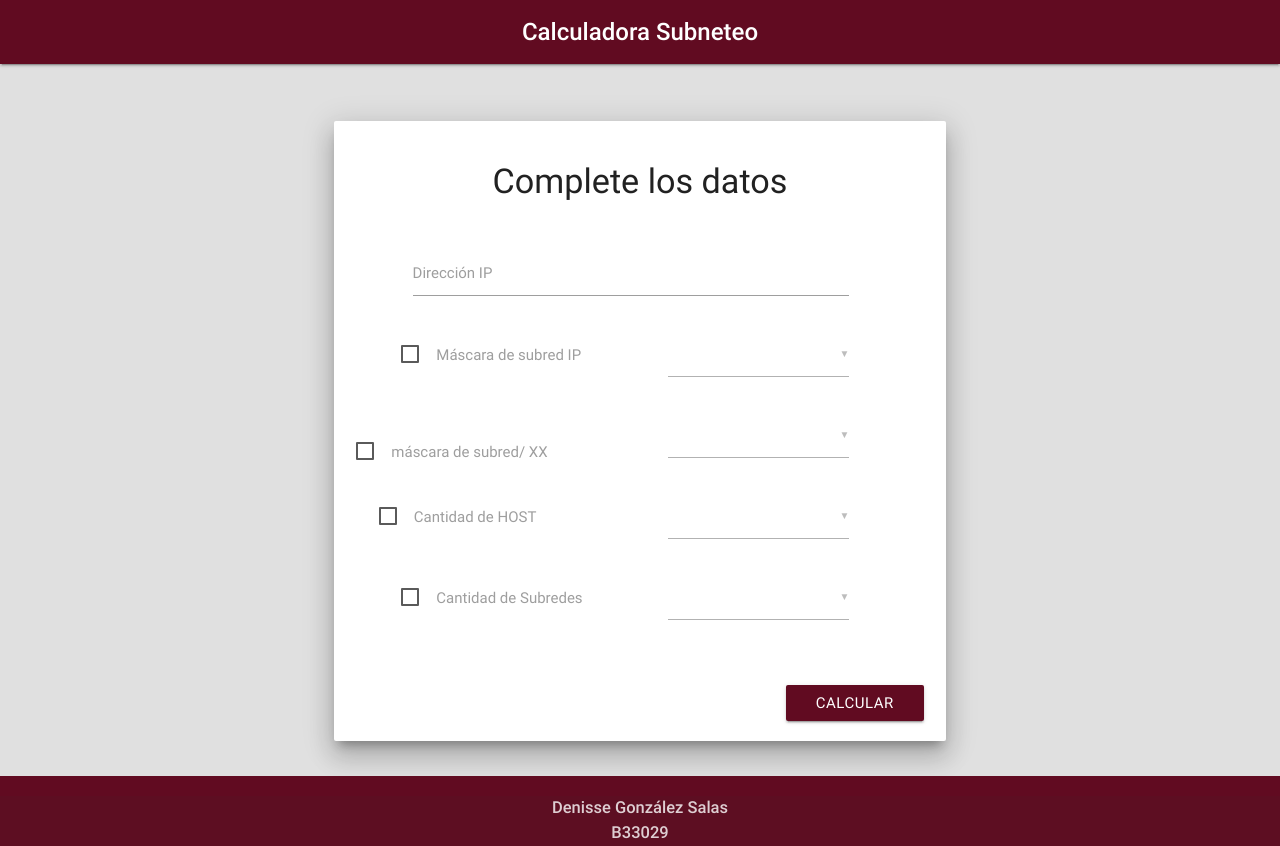
Repository: DenisseGS/Subnet-Calc
Page: http://localhost/
The author's editor kept a record of every edit. The page is drawn from the files as they stood at one moment, then again after the next edit.
The browser window is 1280 px wide. The pictures show the whole page.
Some web libraries are served in a nearby version. The page is served by the project's Laravel application, run on PHP 8.4 with Laravel 8. Queries for data that is not in the repository find no rows.

Above is the page before.

After the next edit:
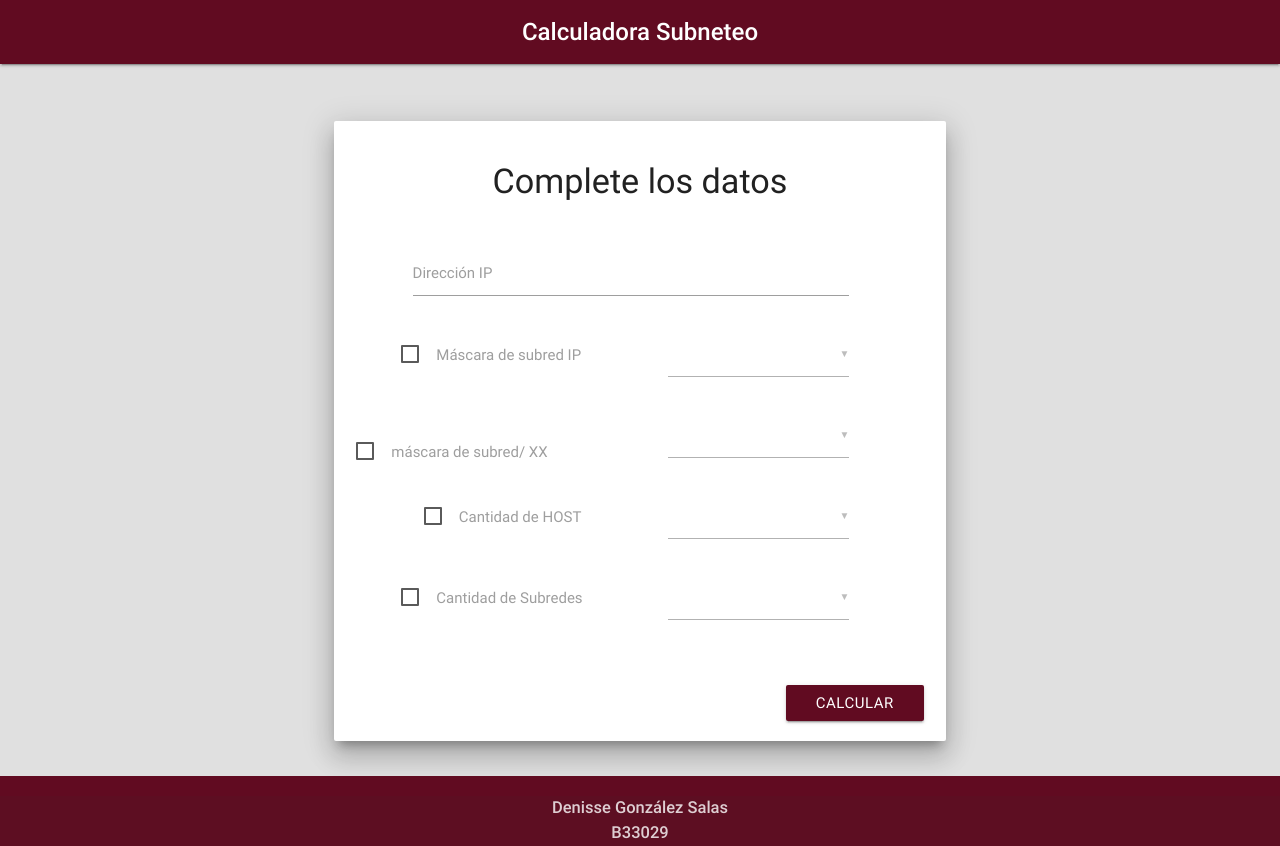
The edit:
--- a/resources/views/Calculadora.blade.php
+++ b/resources/views/Calculadora.blade.php
@@ -66,7 +66,7 @@
                     </div>
 
                     <div class="input-field col s5">
-                        <div class="input-field col"></div>
+                        <div class="input-field col"></div><div class="input-field col"></div><div class="input-field col"></div>
                         <input type="checkbox" id="checkHost"/>
                         <label for="checkHost">Cantidad de HOST</label><br><br>
                     </div>
